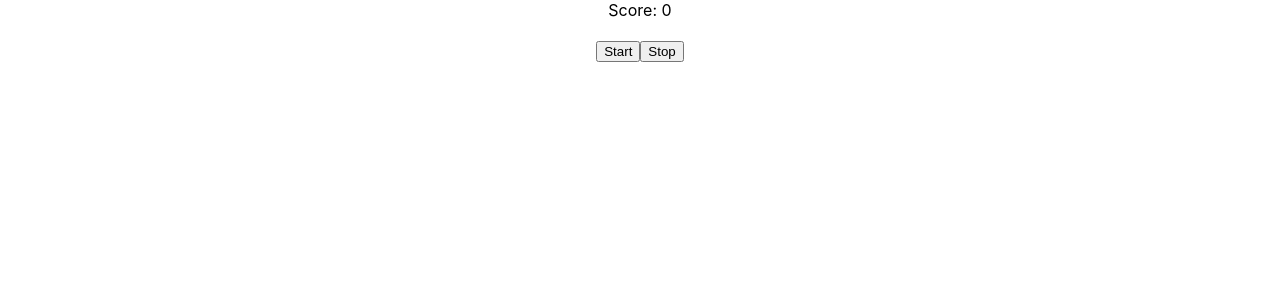
Repository: drumsmanku/grid-game
Page: / (app in client/)
These files come from the project's save history. The page is drawn as it stood at one moment and after the next save; the edit follows.
The browser window is 1280 px wide. The pictures show the whole page.
The project was rebuilt for these pictures with package versions that can differ from the ones it lists, and the page was loaded fresh each time. Also part of the build but not shown: client/src/App.css.

Above is the page before, as saved 2024-03-22 20:48:44.

After the next save:
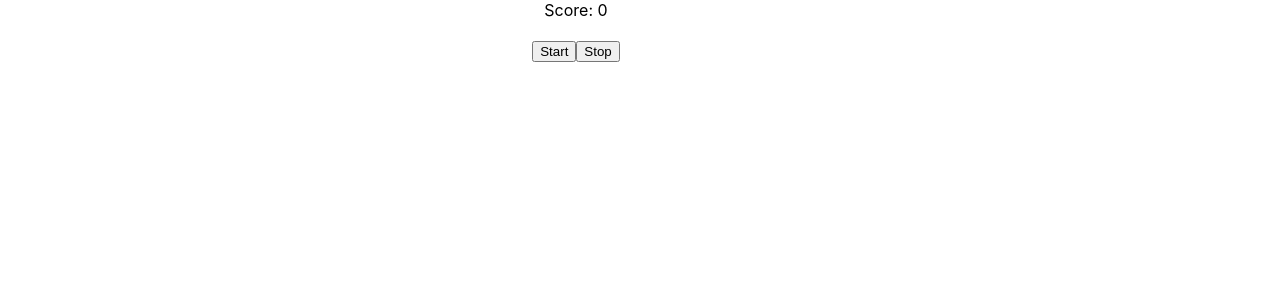
Saved 33 s later.
--- a/client/src/components/Grid.module.css
+++ b/client/src/components/Grid.module.css
@@ -1,5 +1,7 @@
 .container {
   text-align: center;
+  height: 90vh;
+  width: 90vw;
 }
 
 .grid {
